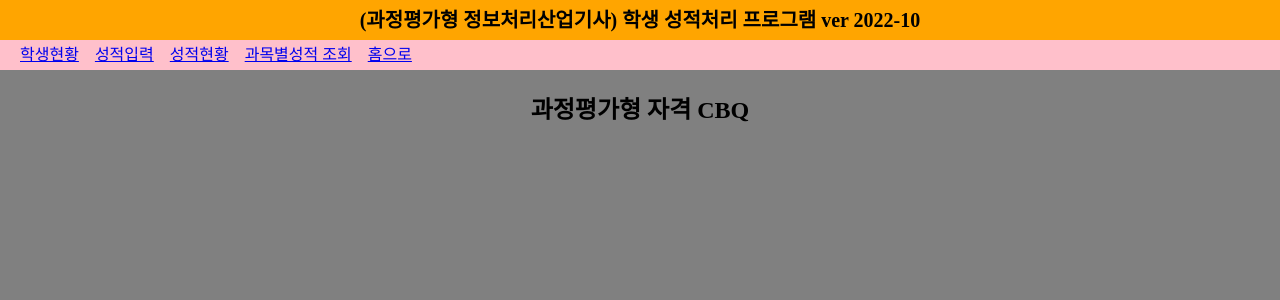
Repository: wjdwlgns1101/school_hrd
Page: http://localhost/school_30111/
These files come from the project's save history. The page is drawn as it stood at one moment and after the next save; the edit follows.
The browser window is 1280 px wide. The pictures show the whole page.
The page is served by Tomcat 9.

Above is the page before, as saved 2024-04-29 07:03:58.

After the next save:
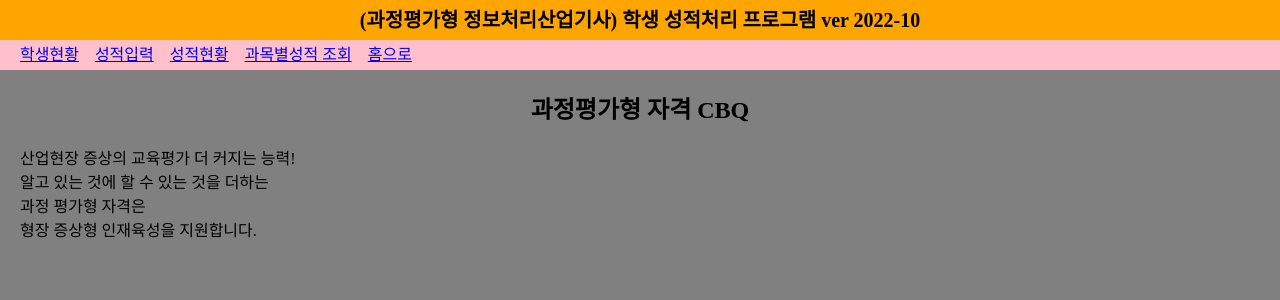
Saved 2 min 7 s later.
--- a/hrd_30111_school2 완성/school_30111/src/main/webapp/index.jsp
+++ b/hrd_30111_school2 완성/school_30111/src/main/webapp/index.jsp
@@ -12,6 +12,12 @@
 <section style="position: fixed; background-color: gray; width: 100%; top: 70px; height: 100%; left: 0;">
 	<h2 style="text-align: center;"><b>과정평가형 자격 CBQ</b></h2>
 	<p style="padding-left: 20px">
+	산업현장 증상의 교육평가 더 커지는 능력! <br>
+	알고 있는 것에 할 수 있는 것을 더하는 <br>
+	과정 평가형 자격은 <br>
+	형장 증상형 인재육성을 지원합니다.
+
+	</p>
 
 </section>
 
